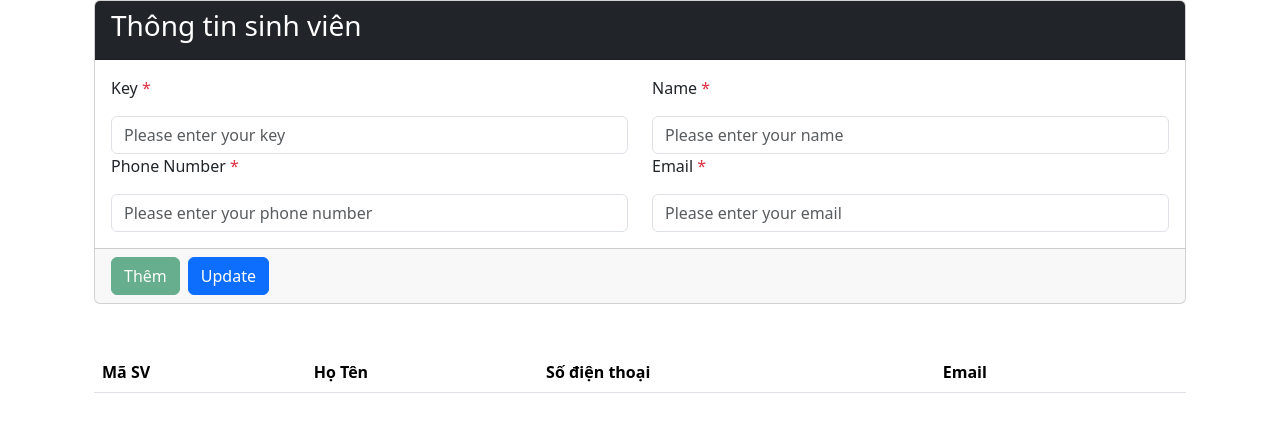
Repository: KhoiNguyen77/BT_REACT_FORM
Page: /
The author's editor kept a copy of each file at every save. The page is drawn from the files as they stood at one save, then again after the next save.
The browser window is 1280 px wide. The pictures show the whole page.
The project was rebuilt for these pictures with package versions that can differ from the ones it lists, and the page was loaded fresh each time.

Above is the page before, as saved 2023-05-27 19:56:32.

After the next save:
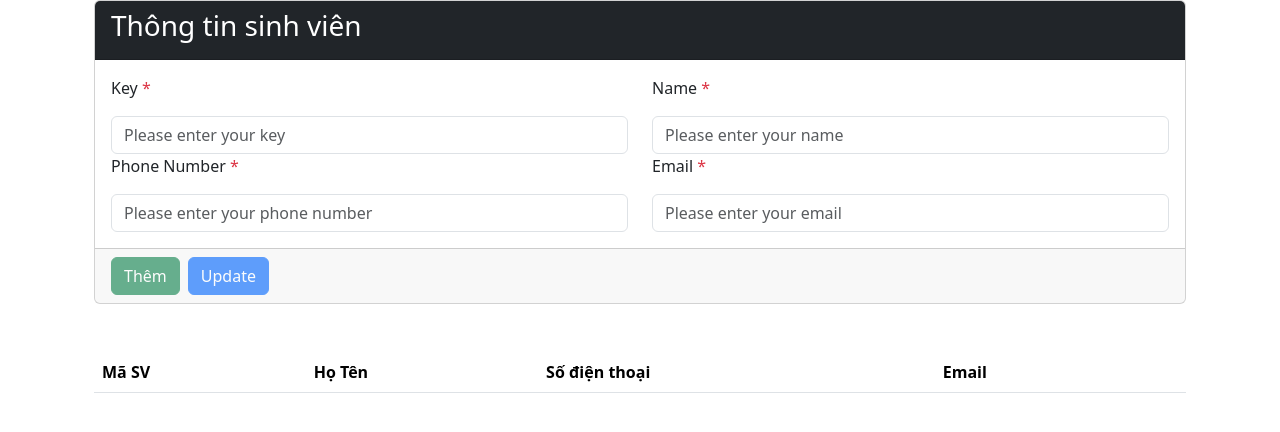
Saved 4 min 1 s later.
--- a/src/FormComponent/InputField.jsx
+++ b/src/FormComponent/InputField.jsx
@@ -98,12 +98,10 @@ export default class InputField extends PureComponent {
         add(this.state.values);
     }
 
-    // handlleEdit = e => {
-    //     const updateStudent = {...this.state.editStudent};
-    //     for ( let key in updateStudent){
-    //         console.log(key);
-    //     }
-    // }
+    handlleEdit = e => {
+        const student = [...this.state.values];
+
+    }
     render() {
         return (
             <div className='container mb-5'>
@@ -135,7 +133,7 @@ export default class InputField extends PureComponent {
                     </div>
                     <div className="card-footer">
                         <button type='submit' onClick={this.handleSubmit} className='btn btn-success' disabled={this.state.Disabled}>Thêm</button>
-                        <button type='submit' className='btn btn-primary mx-2'>Update</button>
+                        <button type='submit' className='btn btn-primary mx-2' disabled={this.state.Disabled}>Update</button>
                     </div>
                 </form>
             </div>
